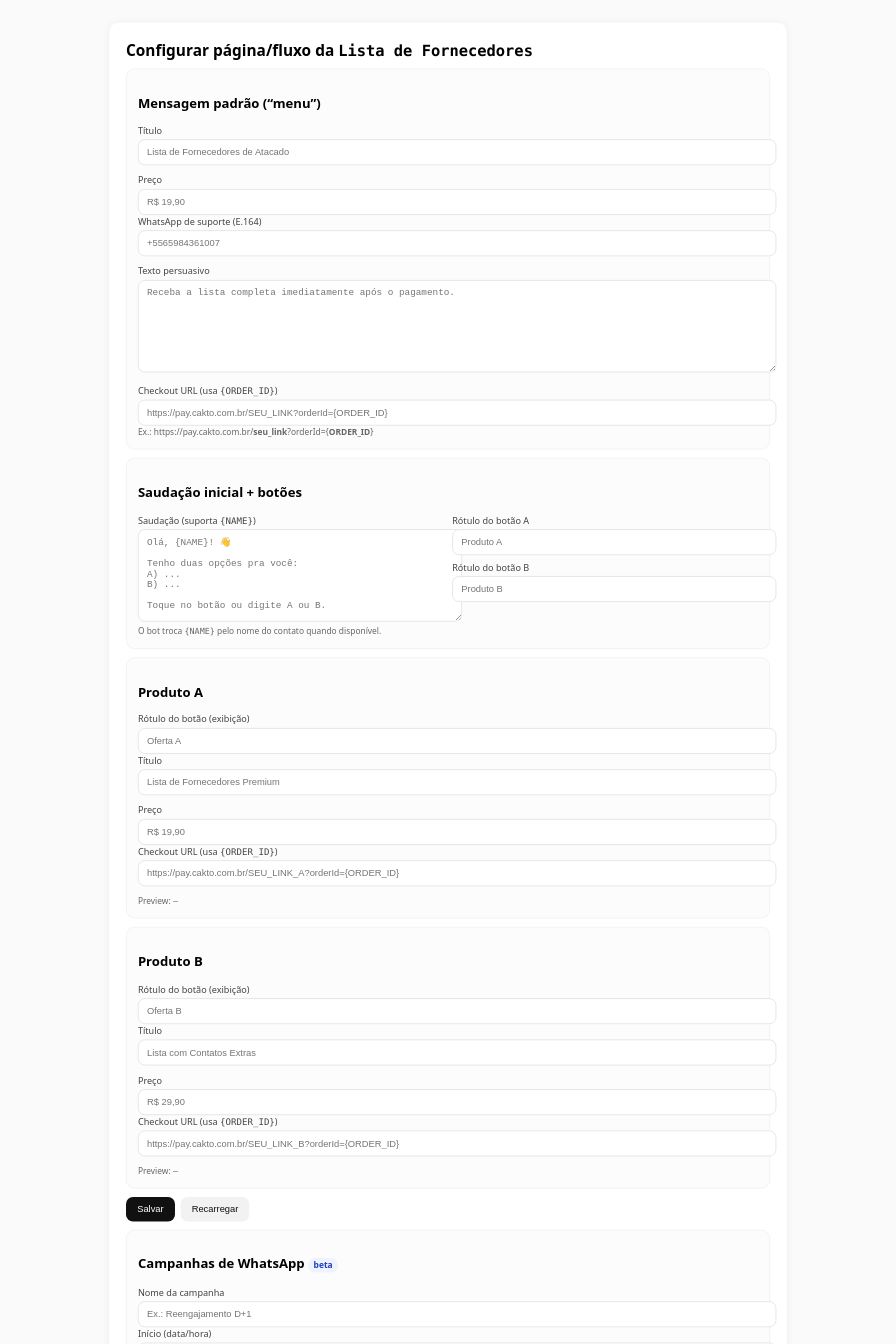
Repository: Rob-son-prog/hiveloja-whatsapp
Page: admin/index.html
These files come from the project's save history. The page is drawn as it stood at one moment and after the next save; the edit follows.
The browser window is 1280 px wide. The pictures show the part of the page from y = 0 to 1920 px (the page is 2956 px tall), at 70% of full size.
The page's requests for data from a server got no answer.

Above is the page before, as saved 2025-10-11 08:45:19.

After the next save:
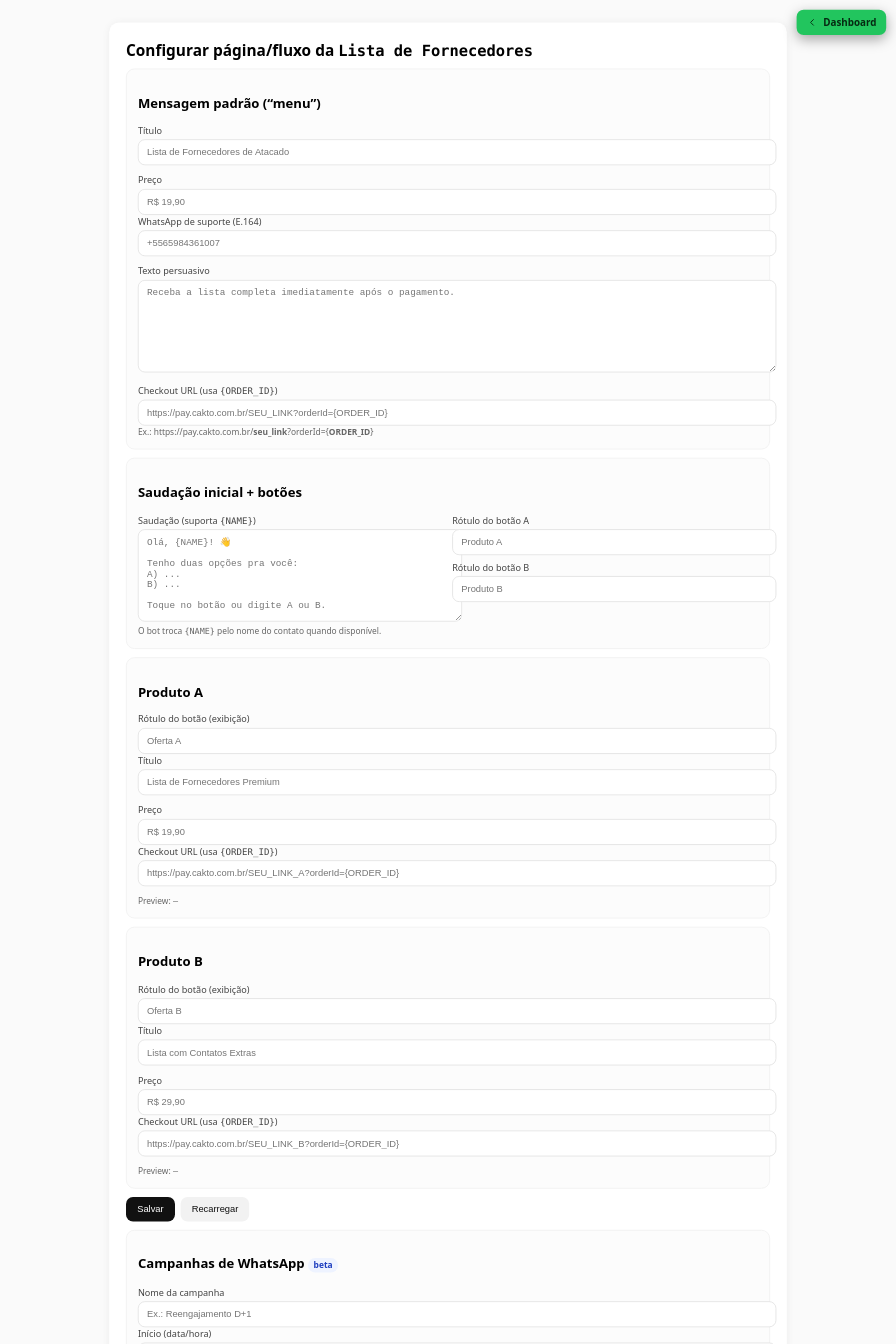
Saved 50 s later.
--- a/admin/index.html
+++ b/admin/index.html
@@ -27,9 +27,37 @@
     .hr { height:1px; background:#eee; margin:12px 0; }
     .right { text-align:right; }
     .codebox { background:#f7f7f7; border:1px solid #eee; padding:10px; border-radius:10px; font-family: ui-monospace, Menlo, Consolas, monospace; font-size:12px; max-height:140px; overflow:auto; }
+
+    .backdash {
+    position: fixed;
+    top: 14px;
+    right: 14px; /* troque para left:14px se preferir no canto esquerdo */
+    z-index: 9999;
+    background: #22c55e;
+    color: #062a12;
+    font: 600 14px/1.1 system-ui,-apple-system,Segoe UI,Roboto,Arial;
+    padding: 10px 14px;
+    border-radius: 10px;
+    text-decoration: none;
+    box-shadow: 0 6px 18px rgba(0,0,0,.35);
+    border: 0;
+    transition: transform .06s ease, filter .2s ease;
+    display: inline-flex; align-items: center; gap: 8px;
+  }
+  .backdash:hover { transform: translateY(-1px); filter: brightness(1.05); }
+  .backdash:active { transform: translateY(0); }
+  .backdash svg { width: 16px; height: 16px; }
   </style>
 </head>
 <body>
+  <a href="/admin/dashboard.html" class="backdash" title="Voltar ao Dashboard">
+  <svg viewBox="0 0 24 24" fill="none" stroke="currentColor" stroke-width="2"
+       stroke-linecap="round" stroke-linejoin="round" aria-hidden="true">
+    <path d="M15 18l-6-6 6-6"/>
+  </svg>
+  Dashboard
+</a>
+
   <div class="wrap">
     <h1>Configurar página/fluxo da <span class="mono">Lista de Fornecedores</span></h1>
 
